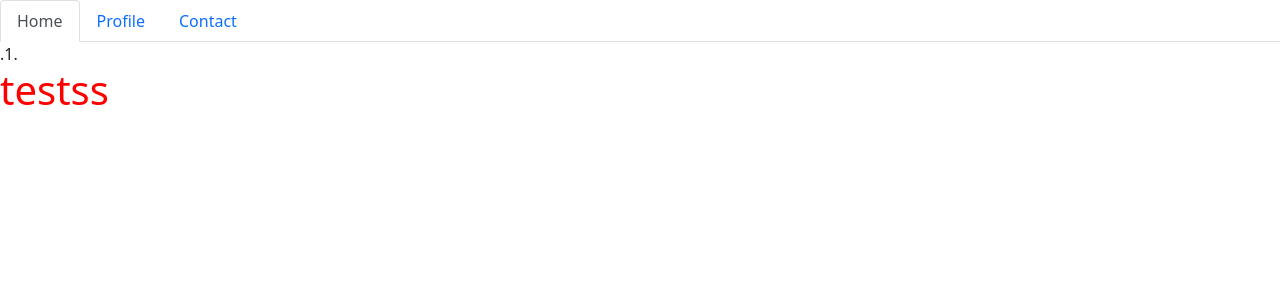
Repository: WaiMaungMaung/Mgr-site
Page: http://localhost/
The author's editor kept a copy of each file at every save. The page is drawn from the files as they stood at one save, then again after the next save.
The browser window is 1280 px wide. The pictures show the whole page.
The page is served by the project's Laravel application, run on PHP 8.4 with Laravel 9. Other server files are loaded and not shown.

Above is the page before, as saved 2022-04-06 09:09:47.

### resources/views/welcome.blade.php
@extends('layouts.app')
<div id="container">
    <ul class="nav nav-tabs" id="myTab" role="tablist">
        <li class="nav-item" role="presentation">
            <button class="nav-link active" id="home-tab" data-bs-toggle="tab" data-bs-target="#home" type="button"
                role="tab" aria-controls="home" aria-selected="true">Home</button>
        </li>
        <li class="nav-item" role="presentation">
            <button class="nav-link" id="profile-tab" data-bs-toggle="tab" data-bs-target="#profile" type="button"
                role="tab" aria-controls="profile" aria-selected="false">Profile</button>
        </li>
        <li class="nav-item" role="presentation">
            <button class="nav-link" id="contact-tab" data-bs-toggle="tab" data-bs-target="#contact" type="button"
                role="tab" aria-controls="contact" aria-selected="false">Contact</button>
        </li>
    </ul>
    <div class="tab-content" id="myTabContent">
        <div class="tab-pane fade show active" id="home" role="tabpanel" aria-labelledby="home-tab">.1.</div>
        <div class="tab-pane fade" id="profile" role="tabpanel" aria-labelledby="profile-tab">.2.</div>
        <div class="tab-pane fade" id="contact" role="tabpanel" aria-labelledby="contact-tab">.3.</div>
    </div>

</div>

### resources/views/layouts/app.blade.php
<!doctype html>
<html lang="en">

<head>
    <!-- Required meta tags -->
    <meta charset="utf-8">
    <meta name="viewport" content="width=device-width, initial-scale=1">

    <!-- Bootstrap CSS -->
    <link rel="stylesheet" href="{{ asset('/resources/css/custom.css') }}">

    <link href="https://cdn.jsdelivr.net/npm/bootstrap@5.1.3/dist/css/bootstrap.min.css" rel="stylesheet"
        integrity="sha384-1BmE4kWBq78iYhFldvKuhfTAU6auU8tT94WrHftjDbrCEXSU1oBoqyl2QvZ6jIW3" crossorigin="anonymous">

    <title>Hello, world!</title>
    <style type="text/css">


    </style>
</head>

<body>
    <h1>testss</h1>
    <!-- Optional JavaScript; choose one of the two! -->

    <!-- Option 1: Bootstrap Bundle with Popper -->
    <script src="https://cdn.jsdelivr.net/npm/bootstrap@5.1.3/dist/js/bootstrap.bundle.min.js"
        integrity="sha384-ka7Sk0Gln4gmtz2MlQnikT1wXgYsOg+OMhuP+IlRH9sENBO0LRn5q+8nbTov4+1p" crossorigin="anonymous">
    </script>

    <!-- Option 2: Separate Popper and Bootstrap JS -->
    <!--
    <script src="https://cdn.jsdelivr.net/npm/@popperjs/core@2.10.2/dist/umd/popper.min.js"
        integrity="sha384-7+zCNj/IqJ95wo16oMtfsKbZ9ccEh31eOz1HGyDuCQ6wgnyJNSYdrPa03rtR1zdB" crossorigin="anonymous">
    </script>
    <script src="https://cdn.jsdelivr.net/npm/bootstrap@5.1.3/dist/js/bootstrap.min.js"
        integrity="sha384-QJHtvGhmr9XOIpI6YVutG+2QOK9T+ZnN4kzFN1RtK3zEFEIsxhlmWl5/YESvpZ13" crossorigin="anonymous">
    </script>
    -->
    @yield('content')
</body>

</html>

### resources/css/custom.css
body{
    background: red;
}
h1{
    color: red;
}

Loaded but not shown: routes/web.php (common file); public/css/main.css (common file)

After the next save:
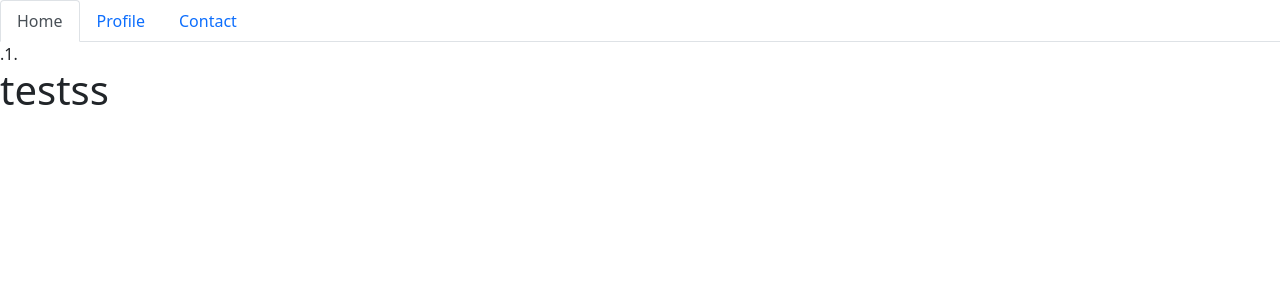
Saved 7 s later.
--- a/resources/views/layouts/app.blade.php
+++ b/resources/views/layouts/app.blade.php
@@ -7,7 +7,7 @@
     <meta name="viewport" content="width=device-width, initial-scale=1">
 
     <!-- Bootstrap CSS -->
-    <link rel="stylesheet" href="{{ asset('/resources/css/custom.css') }}">
+    <link rel="stylesheet" href="{{ asset('/css/main.css') }}">
 
     <link href="https://cdn.jsdelivr.net/npm/bootstrap@5.1.3/dist/css/bootstrap.min.css" rel="stylesheet"
         integrity="sha384-1BmE4kWBq78iYhFldvKuhfTAU6auU8tT94WrHftjDbrCEXSU1oBoqyl2QvZ6jIW3" crossorigin="anonymous">
